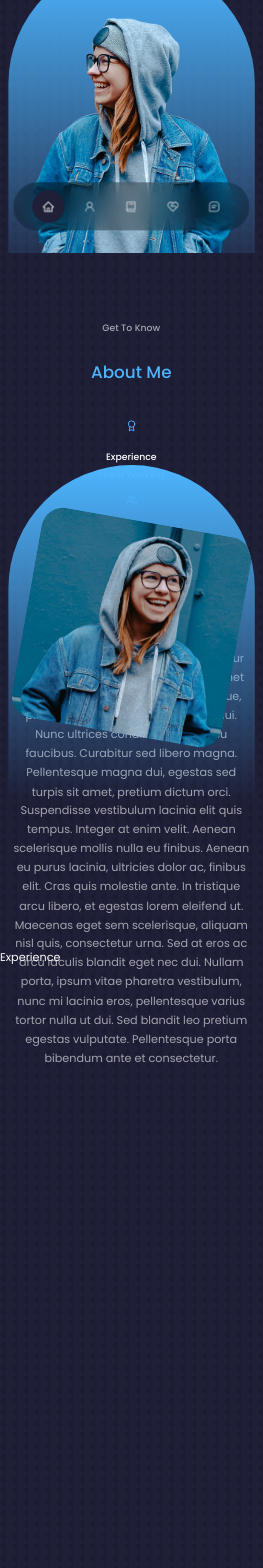
Repository: smallchungus/resumeWebsite
Page: / (app in hello/)
The author's editor kept a copy of each file at every save. The page is drawn from the files as they stood at one save, then again after the next save.
The browser window is 375 px wide. The pictures show the part of the page from y = 439 to 2679 px (the page is 6203 px tall), at 70% of full size.
The project was rebuilt for these pictures with package versions that can differ from the ones it lists, and the page was loaded fresh each time. Also part of the build but not shown: hello/src/components/experience/experience.css, hello/src/components/portfolio/portfolio.css, hello/src/components/contact/contact.css, hello/src/components/footer/footer.css. Imported but missing from the stored project, and not drawn on this page: hello/src/assets/cv.pdf.

Above is the page before, as saved 2023-03-23 18:17:43.

### hello/public/index.html
<!DOCTYPE html>
<html lang="en">

<head>
    <meta charset="UTF-8">
    <meta http-equiv="X-UA-Compatible" content="IE=edge">
    <meta name="viewport" content="width-device-width, initial-scale=1.0">
    <title>Resume Portfolio Website</title>
</head>
<body>
    <div id="root"></div>
</body>
</html>

### hello/src/App.jsx
import React from 'react'
import Header from './components/header/Header'
import Nav from './components/nav/Nav'
import About from './components/about/About'
import Experience from './components/experience/Experience'
import Services from './components/services/Services'
import Portfolio from './components/portfolio/Portfolio'
import Testimonial from './components/testimonial/Testimonial'
import Contact from './components/contact/Contact'
import Footer from './components/footer/Footer'

const App = () => {
  return (
    <>
    <Header />
    <Nav />
    <About />
    <Experience />
    <Services />
    <Portfolio />
    <Testimonial />
    <Contact />
    <Footer />
    </>
  )
}

export default App

### hello/src/index.css
@import url('https://fonts.googleapis.com/css2?family=Poppins:wght@300;400;500;600&display=swap');

*{
    margin: 0;
    padding: 0;
    border :0;
    outline: 0;
    box-sizing: border-box;
    list-style: none;
    text-decoration: none;

}

:root {
    --color-bg: #1f1f38;
    --color-bg-variant: #2c2c6c;
    --color-primary: #4db5ff;
    --color-primary-variant: rgba(77, 181, 255, 0.4);
    --color-white: #fff;
    --color-light: rgba(255,255,255,0.6);

    --transition: all 400ms ease;

    --container-width-lg: 75%;
    --container-width-md: 86%;
    --container-width-sm: 90%;

}

html{
    scroll-behavior: smooth;
}

body{
    font-family: 'Poppins', sans-serif;
    background: var(--color-bg);
    color: var(--color-white);
    line-height: 1.7;
    background-image: url(../src/assets/bg-texture.png)
}

/* ======================= General Styles =================*/

.container{
    width: var(--container-width-lg);
    margin: 0 auto;
}

h1,h2,h3,h4,h5{
    font-weight: 500;
}

h1{
    font-size:2.5rem;

}

section {
    margin-top: 8rem;
    height: 100vh;
}

section > h2, section > h5 {
    text-align: center;
    color: var(--color-light);
}

section > h2 {
    color: var(--color-primary);
    margin-bottom: 3rem;
}

.text-light{
    color:var(--color-light);
}

a{
    color: var(--color-primary);
    transition: var(--transition);
}

a:hover{
    color: var(--color-white);
}

.btn{
    width: max-content;
    display: inline-block;
    color: var(--color-primary);
    padding: 0.75rem 1.2rem;
    border-radius: 0.4rem;
    cursor: pointer;
    border: 1px solid var(--color-primary);
    transition: var( --transition );
}

.btn:hover{
    background: var(--color-white);
    color: var(--color-bg);
    border-color: transparent;
}

.btn-primary{
    background: var(--color-primary);
    color: var(--color-bg);
}

img{
    display: block;
    width: 100%;
    object-fit: cover;
}


/*==================Media Queries (Medium Devices ) ============= */
@media screen and (max-width: 1024px) {
    .container{
        width: var(--container-width-md);
    }

    section{
        margin-top: 6rem;
    }
}

/*==================Media Queries (Small Devices ) ============= */
@media screen and (max-width: 600px) {
    .container{
        width: var(--container-width-sm);
    }

    section > h2{
        margin-top: 2rem;
    }
}

### hello/src/components/header/Header.jsx
import React from 'react'
import './header.css'
import CTA from './CTA'
import ME from '../../assets/me.png'
import HeaderSocials from './HeaderSocials'
const Header = () => {
  return (
    <header>
      <div className="container header_container">
        <h5>Hello I'm</h5>
        <h1>William Chen</h1>
        <h5 className='text-light'>Fullstack Developer</h5>
        <CTA />
        <HeaderSocials/>

        <div className="me">
          <img src={ME} alt="me" />
        </div>

        <a href='#contact' className='scroll_down'>Scroll down</a>
      </div>
    </header>
  )
}

export default Header

### hello/src/components/nav/Nav.jsx
import React from 'react'
import './nav.css'
import {AiOutlineHome} from 'react-icons/ai'
import {AiOutlineUser}  from 'react-icons/ai'
import {BiBook} from 'react-icons/bi'
import {RiServiceLine} from 'react-icons/ri'
import {BiMessageSquareDetail} from 'react-icons/bi'
import {useState} from 'react'

const Nav = () => {
  const[activeNav, setActiveNav] = useState('#');
  return (
    <nav>
      <a href="#" onClick={() => setActiveNav('#')} className={activeNav === '#' ? 'active' : ''}><AiOutlineHome/></a>
      <a href="#about" onClick={() => setActiveNav('#about')} className={activeNav === '#about' ? 'active' : ''}><AiOutlineUser/></a>
      <a href="#experience" onClick={() => setActiveNav('#experience')} className={activeNav === '#experience' ? 'active' : ''}><BiBook/></a>
      <a href="#services" onClick={() => setActiveNav('#services')} className={activeNav === '#services' ? 'active' : ''}><RiServiceLine/></a>
      <a href="#contact" onClick={() => setActiveNav('#contact')} className={activeNav === '#contact' ? 'active' : ''}><BiMessageSquareDetail/></a>
    </nav>
  )
}

export default Nav

### hello/src/components/about/About.jsx
import React from 'react'
import './about.css'
import ME from '../../assets/me-about.jpg'
import {FiAward} from 'react-icons/fi'
import {FiUsers} from 'react-icons/fi'
import {VscFolderLibrary} from 'react-icons/vsc'

const About = () => {
  return (
    <section id='about'>
      <h5>Get To Know </h5>
      <h2>About Me</h2>

      <div className="container about_container">
        <div className="about me" >
          <div className="about_me-image">
          <img src={ME} alt="About Image" />
          </div>
        </div>

        <div className="about_content">
          <div className="about_cards">
            <article classNane="about_card">
              <FiAward className='about_icon'/>
              <h5>Experience</h5>
              <small>1 Year Working</small>
            </article>

            <article classNane="about_card">
              <FiUsers className='about_icon'/>
              <h5>Clients</h5>
              <small>200+ clients worldwide</small>
            </article>

            <article classNane="about_card">
              <VscFolderLibrary className='about_icon'/>
              <h5>Projects</h5>
              <small>80+ completed</small>
            </article>
          </div>

          <p>
          Lorem ipsum dolor sit amet, consectetur adipiscing elit. Etiam lacinia nisl sit amet placerat gravida. Phasellus nibh neque, placerat in faucibus
          id, eleifend id dui. Nunc ultrices condimentum elit eu faucibus. Curabitur sed libero magna. Pellentesque magna dui, egestas sed turpis
          sit amet, pretium dictum orci. Suspendisse vestibulum lacinia elit quis tempus. Integer at enim velit. Aenean scelerisque mollis nulla eu finibus. Aenean eu purus lacinia, ultricies dolor ac, finibus elit.
          Cras quis molestie ante. In tristique arcu libero, et egestas lorem eleifend ut. Maecenas eget sem scelerisque, aliquam nisl quis, consectetur urna. Sed at eros ac arcu iaculis blandit eget nec dui. Nullam porta,
          ipsum vitae pharetra vestibulum, nunc mi lacinia eros, pellentesque varius tortor nulla ut dui. Sed blandit leo pretium egestas vulputate. Pellentesque porta bibendum ante et consectetur.



          </p>


        </div>

      </div>

    </section>
  )
}

export default About

### hello/src/components/experience/Experience.jsx
import React from 'react'
import './experience.css'
const Experience = () => {
  return (
    <section id='experience'>Experience</section>
  )
}

export default Experience

### hello/src/components/portfolio/Portfolio.jsx
import React from 'react'
import './portfolio.css'


const Portfolio = () => {
  return (
    < section id='portfolio'>Portfolio</section>
  )
}

export default Portfolio

### hello/src/components/testimonial/Testimonial.jsx
import React from 'react'
import './testimonial.css'
const Testimonial = () => {
  return (
    <section id='testimonials'>Testimonial</section>
  )
}

export default Testimonial

### hello/src/components/contact/Contact.jsx
import React from 'react'
import './contact.css'
const Contact = () => {
  return (
    <section id='contact'>Contact</section>
  )
}

export default Contact

### hello/src/components/header/header.css
header {
    height: 100vh;
    padding-top: 7rem;
    overflow: hidden;
}

.header_container{
    text-align: center;
    height: 100%;
    position: relative;
}

/*========================= CTA ======================= */
.cta {
    margin-top: 2.5rem;
    display: flex;
    gap: 1.2rem;
    justify-content: center;

}

/* ======================= Header Socials ==================== */
.header_socials {
    display: flex;
    flex-direction: column;
    align-items: center;
    gap: 0.8rem;
    position: absolute;
    left: 0;
    bottom: 3rem;

}

.header_socials::after{
    content: '';
    width: 1px;
    height: 2rem;
    background: var(--color-primary);
}

/* ===================== ME ==================*/

.me{
    background: linear-gradient(var(--color-primary), transparent);
    width: 22rem;
    height: 30rem;
    position: absolute;
    left: calc(50% - 11rem);
    margin-top: 4rem;
    border-radius: 12rem 12rem 0 0;
    overflow: hidden;
    padding: 5rem 1.5rem 1.5rem 1.5rem;

}

.scroll_down {
    position: absolute;
    right: -2.3rem;
    bottom: 5rem;
    transform: rotate(90deg);
    font-weight: 300;
    font-size: 0.9rem;
}

@media screen and (max-width: 600px) {
    header {
        height: 100vh;
    }
}

@media screen and (max-width: 600px)
{
    header {
        height: 100vh;
    }

    .header_socials, .scroll_down{
        display: none;
    }
}

### hello/src/components/header/CTA.jsx
import React from 'react'
import CV from '../../assets/cv.pdf'
const CTA = () => {
  return (
    <div className ='cta'>
        <a href={CV} download className='btn'>Download CV</a>
        <a href="#contact" className='btn btn-primary'>Let's Talk</a>
    </div>
  )
}

export default CTA

### hello/src/components/header/HeaderSocials.jsx
import React from 'react'
import {BsLinkedin} from 'react-icons/bs'
import {BsGithub} from 'react-icons/bs'
import {AiFillDribbbleSquare} from 'react-icons/ai'
const HeaderSocials = () => {
  return (
    <div className='header_socials'>
        <a href="https://linkedin.com/willchenn" target="_blank"><BsLinkedin></BsLinkedin></a>
        <a href="https://github.com/smallchungus" target="_blank"><BsGithub></BsGithub></a>
        <a href="https://dribble.com/" target="_blank"><AiFillDribbbleSquare></AiFillDribbbleSquare></a>
        </div>
  )
}

export default HeaderSocials

### hello/src/components/nav/nav.css
nav {
    background: rgba(0, 0, 0, 0.3);
    width: max-content;
    display: block;
    padding: 0.7rem 1.7rem;
    z-index: 2;
    position: fixed;
    left: 50%;
    transform: translateX(-50%);
    bottom: 2rem;
    display: flex;
    gap: 0.8rem;
    border-radius: 3rem;
    backdrop-filter: blur(15px);
}

nav a{
    background: transparent;
    padding: 0.9rem;
    border-radius: 50%;
    display: flex;
    color: var(--color-light);
    font-size: 1.1rem;
}

nav a:hover{
    background: rgba(0,0,0,0.3);
}

nav a.active {
    background: var(--color-bg);
    color: var(--color-white);
}

### hello/src/components/about/about.css
.about_container {
    display: grid;
    grid-template-columns: 35% 50%;
    gap: 15%;
}

.about_me {
    width: 100%;
    aspect-ratio: 1/1;
    border-radius: 2rem;
    background: linear-gradient(
        45deg,
        transparent,
        var(--color-primary),
        transparent
    );
    display: grid;
    place-items: center;
}

.about_me-image{
    border-radius: 2rem;
    overflow: hidden;
    transform: rotate(10deg);
    transition: var(--transition);

}

.about_me-image:hover{
    transform: rotate(0);
}

.about_cards{
    display: grid;
    grid-template-columns: repeat(3, lfr);
    gap: 1.5rem;
}

.about_card {
    background: var(--color-bg-variant);
    border: 1px solid transparent;
    border-radius: 1rem;
    padding: 2rem;
    text-align: center;
    transition: var(--transition);
}

.about_card:hover {
    background: transparent;
    border-color: var(--color-primary-variant);
    cursor: default;
}

.about_icon {
    color: var(--color-primary);
    font-size: 1.4 rem;
    margin-bottom: 1rem;
}

.about_card h5 {
    font-size: 0.95rem;
}

.about_card small {
    font-size: 0.7 rem;
    color: var(--color-light);
}

.about_content p {
    margin: 2rem 0 2.6 rem;
    color: var(--color-light);
}

@media screen and (max-width: 1024px) {
    .about_container {
        grid-template-columns: 1fr;
        gap: 0;
    }

    .about_me {
        width: 50%;
        margin: 2rem auto 4rem;
    }

    .about_content p{
        margin: 1rem 0 1.5rem;
    }
}

@media screen and (max-width: 600px )
{
    .about_me{
        width: 65%;
        margin: 0 auto 3rem;
    }
    .about_cards {
        grid-template-columns: repeat(1fr 1fr);
        gap: 1rem;
    }
    .about_content {
        text-align: center;
    }
    .about_content p {
        margin: 1.5rem 0;
    }
}

Loaded but not shown: hello/src/index.js (common file); hello/src/components/services/Services.jsx (common file); hello/src/components/footer/Footer.jsx (common file); hello/src/components/services/services.css (no stored copy; drawn as an empty file); hello/src/components/testimonial/testimonial.css (no stored copy; drawn as an empty file)

After the next save:
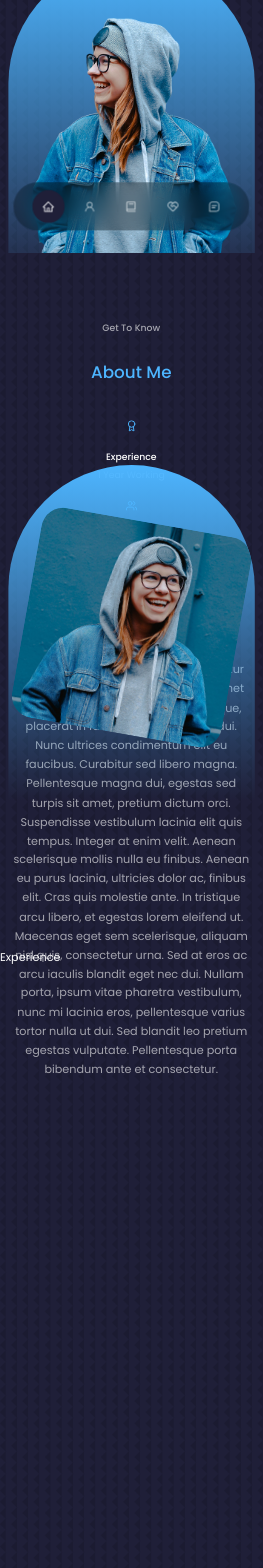
Saved 8 s later.
--- a/hello/src/components/about/about.css
+++ b/hello/src/components/about/about.css
@@ -95,7 +95,7 @@
     }
     .about_cards {
         grid-template-columns: repeat(1fr 1fr);
-        gap: 1rem;
+        gap: 1.5rem;
     }
     .about_content {
         text-align: center;

After the 2 saves that followed:
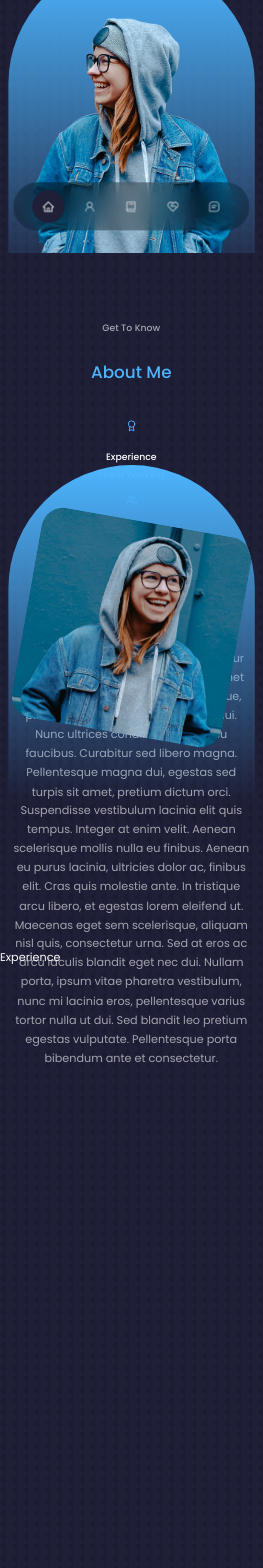
The 2 saves are shown as one change because they came seconds apart.
The last was saved 11 s later.
--- a/hello/src/components/about/about.css
+++ b/hello/src/components/about/about.css
@@ -95,7 +95,7 @@
     }
     .about_cards {
         grid-template-columns: repeat(1fr 1fr);
-        gap: 1.5rem;
+        gap: 1rem;
     }
     .about_content {
         text-align: center;
